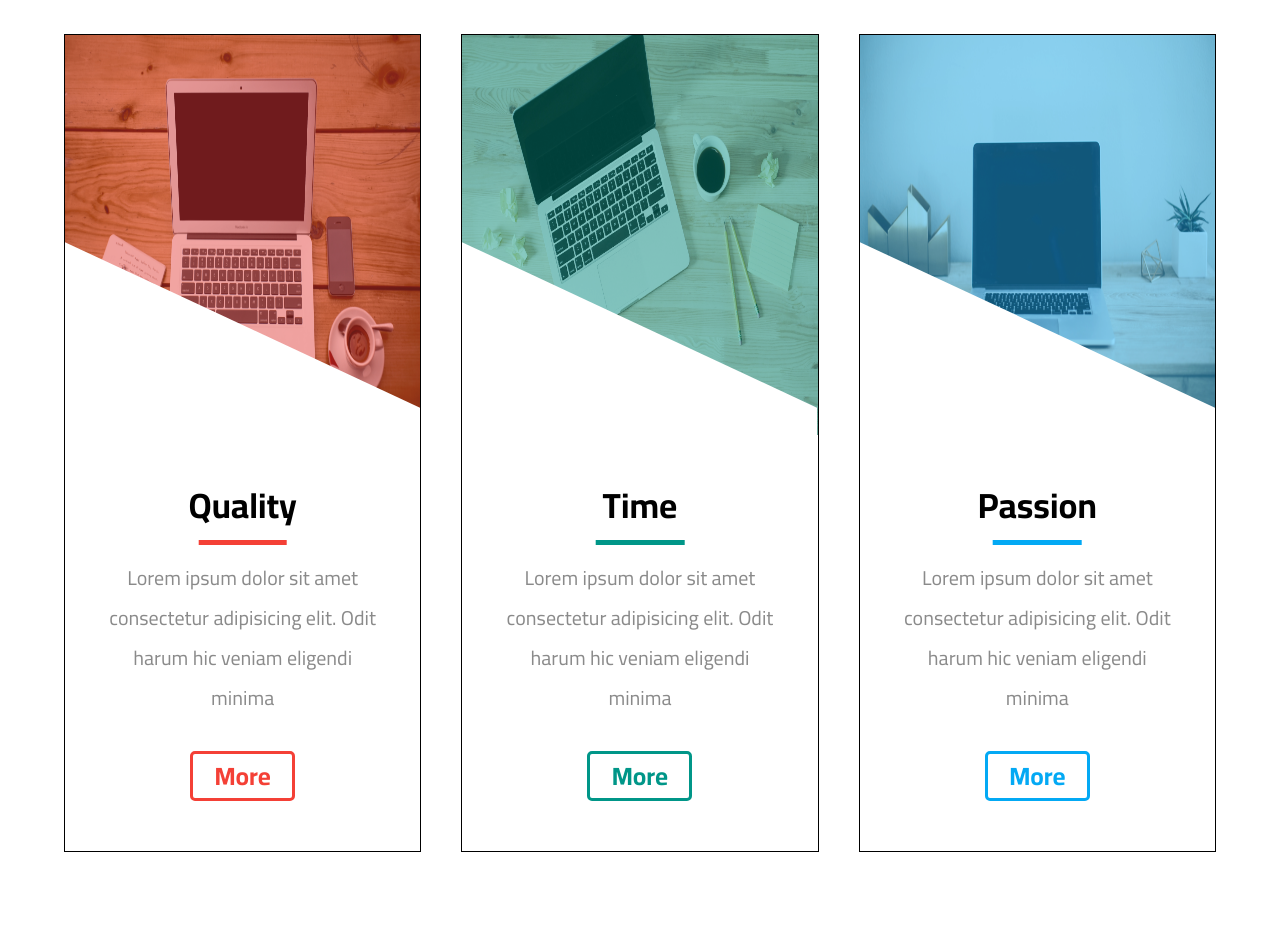
Repository: Toqa-25/elzeroAcdemey-Templete
Page: index.html
An editor plug-in stored every save of this project. The page is shown before and after the next save, followed by the edit.
The browser window is 1280 px wide. The pictures show the part of the page from y = 3254 to 4206 px (the page is 4206 px tall).
A picture or video elsewhere on the page could not be fetched, so the positions and the page height are approximate.

Above is the page before, as saved 2022-01-20 04:08:46.

### index.html
<!DOCTYPE html>
<html lang="en">
<head>
    <meta charset="UTF-8">
    <meta http-equiv="X-UA-Compatible" content="IE=edge">
    <meta name="viewport" content="width=device-width, initial-scale=1.0">
    <!-- normalize file -->
    <link rel="stylesheet" href="css/normalize.css">
    <!-- css files -->
    <link rel="stylesheet" href="css/style.css">
    <!-- fontAwosem file -->
    <link rel="stylesheet" href="css/all.min.css">
     <!-- font files -->
     <link rel="preconnect" href="https://fonts.googleapis.com">
    <link rel="preconnect" href="https://fonts.gstatic.com" crossorigin>
    <link href="https://fonts.googleapis.com/css2?family=Cairo:wght@200;400;700;800;900&display=swap" rel="stylesheet">
    <!-- page title -->
    <title>templete 3</title>
</head>
<body>
    <!-- header section -->
    <header id="" class="">
        <div class="container">
            <div class="header-content">
                <div class="header-content-logo">
                    <a href="index.html" class="logo link-none">Elzero</a>
                </div>
                <nav>
                     <ul class="nav-list unlist">
                        <li class="nav-list-item"> <a href="#articles" class="link-none  link-style" id="">articles</a></li>
                        <li class="nav-list-item"> <a href="#gallery" class="link-none  link-style" id="">gallery</a></li>
                        <li class="nav-list-item"> <a href="#features" class="link-none  link-style" id="">features</a></li>
                        <li class="nav-list-item" id="parent-other-links"> <a href="javascript:;" class="link-none  link-style " >other links</a>
                            <div class="other-links " id="child-other-links">
                            <div class="other-links-content">
                                <div class="other-links-content-img">
                                    <img src="images/header/Video files-amico.svg" alt="">
                                </div>
                                <ul class="other-links-list unlist">
                                    <div class="other-links-list-group-one">
                                    <li id="" class="other-links-list-item"><a href="" class="link-none  link-style "><i class="far fa-comments"></i> testimonials</a></li>
                                    <li id="" class="other-links-list-item"><a href="" class="link-none  link-style "><i class="far fa-user"></i> team member</a></li>
                                    <li id="" class="other-links-list-item"><a href="" class="link-none  link-style"><i class="far fa-building"></i> services</a></li>
                                    <li id="" class="other-links-list-item"><a href="" class="link-none  link-style"><i class="far fa-check-circle"></i> our skils</a></li>
                                    <li id="last-other-links-list-item" class="other-links-list-item last-other-links-list-item"><a href="" class="link-none  link-style"><i class="far fa-clipboard"></i> how it work</a></li>
                                    </div>
                                    <div class="other-links-list-group-one">
                                        <li id="" class="other-links-list-item"><a href="" class="link-none  link-style"><i class="far fa-calendar-alt"></i> events</a></li>
                                        <li id="" class="other-links-list-item"><a href="" class="link-none  link-style"><i class="fas fa-server"></i> pricing planes</a></li>
                                        <li id="" class="other-links-list-item"><a href="" class="link-none  link-style"><i class="far fa-play-circle"></i> top video</a></li>
                                        <li id="" class="other-links-list-item"><a href="" class="link-none  link-style"><i class="fas fa-chart-bar"></i> states</a></li>
                                        <li id="" class="other-links-list-item "><a href="" class="link-none  link-style"><i class="fas fa-percent"></i> request a discount</a></li>
                                    </div>
                                </ul>
                            </div>
                            </div>
                        </li>

                    </ul>
                </nav>
            </div>
        </div>
    </header>
    <!-- welcom section -->
    <section id="welcome" class="welcome marge">
        <div class="container">
            <div class="welcome-content">
                <div class="welcome-content-info">
                    <h1 class="welcome-content-info-head">welcome, to elzero world</h1>
                    <p class="welcome-content-info-text">Here Iam gonna share everything about my life. Books Iam reading, Games Iam Playing, Stories and Events</p>
                </div>
                <div class="welcome-content-img">
                    <img src="images/welcome/Website setup-amico.svg" alt="" srcset="" class="animate">
                </div>
            </div>
        </div>

    </section>
     <!-- arrow-up-down -->
    <div class="arrow ">
        <a href="#articles" class="link-none "><i class="fas fa-angle-double-down"></i></a>
    </div>
     <!-- article section -->
     <section class="container articles pad" id="articles">
         <div class="special-head">
             <h2>articles</h2>
            </div>
            <div class="article-content">
             <div class="article-content-item">
                <div class="article-content-item-img">
                    <img src="images/article/p_2.png" alt="" srcset="">
                </div>
                <div class="article-content-item-info">
                    <h3 class="article-content-item-info-head"> Test Title</h3>
                    <p class="article-content-item-info-text">Lorem ipsum dolor sit amet consectetur, adipisicing elit. Reprehenderit</p>
                </div>
                <div class="article-content-item-details">
                    <a href="#" class="article-content-item-details-link link-none">read more</a>
                    <a href="#" class="article-content-item-details-link link-none"><i class="fas fa-arrow-right"></i></a>
                </div>
         </div>
             <div class="article-content-item">
                <div class="article-content-item-img">
                    <img src="images/article/p_3.jpg" alt="" srcset="">
                </div>
                <div class="article-content-item-info">
                    <h3 class="article-content-item-info-head"> Test Title</h3>
                    <p class="article-content-item-info-text">Lorem ipsum dolor sit amet consectetur, adipisicing elit. Reprehenderit</p>
                </div>
                <div class="article-content-item-details">
                    <a href="#" class="article-content-item-details-link link-none">read more</a>
                    <a href="#" class="article-content-item-details-link link-none"><i class="fas fa-arrow-right"></i></a>
                </div>
         </div>
             <div class="article-content-item">
                <div class="article-content-item-img">
                    <img src="images/article/p_4.jpg" alt="" srcset="">
                </div>
                <div class="article-content-item-info">
                    <h3 class="article-content-item-info-head"> Test Title</h3>
                    <p class="article-content-item-info-text">Lorem ipsum dolor sit amet consectetur, adipisicing elit. Reprehenderit</p>
                </div>
                <div class="article-content-item-details">
                    <a href="#" class="article-content-item-details-link link-none">read more</a>
                    <a href="#" class="article-content-item-details-link link-none"><i class="fas fa-arrow-right"></i></a>
                </div>
         </div>
             <div class="article-content-item">
                <div class="article-content-item-img">
                    <img src="images/article/p_10.jpg" alt="" srcset="">
                </div>
                <div class="article-content-item-info">
                    <h3 class="article-content-item-info-head"> Test Title</h3>
                    <p class="article-content-item-info-text">Lorem ipsum dolor sit amet consectetur, adipisicing elit. Reprehenderit</p>
                </div>
                <div class="article-content-item-details">
                    <a href="#" class="article-content-item-details-link link-none">read more</a>
                    <a href="#" class="article-content-item-details-link link-none"><i class="fas fa-arrow-right"></i></a>
                </div>
         </div>
             <div class="article-content-item">
                <div class="article-content-item-img">
                    <img src="images/article/p_6.jpg" alt="" srcset="">
                </div>
                <div class="article-content-item-info">
                    <h3 class="article-content-item-info-head"> Test Title</h3>
                    <p class="article-content-item-info-text">Lorem ipsum dolor sit amet consectetur, adipisicing elit. Reprehenderit</p>
                </div>
                <div class="article-content-item-details">
                    <a href="#" class="article-content-item-details-link link-none">read more</a>
                    <a href="#" class="article-content-item-details-link link-none"><i class="fas fa-arrow-right"></i></a>
                </div>
         </div>
             <div class="article-content-item">
                <div class="article-content-item-img">
                    <img src="images/article/p_7.jpg" alt="" srcset="">
                </div>
                <div class="article-content-item-info">
                    <h3 class="article-content-item-info-head"> Test Title</h3>
                    <p class="article-content-item-info-text">Lorem ipsum dolor sit amet consectetur, adipisicing elit. Reprehenderit</p>
                </div>
                <div class="article-content-item-details">
                    <a href="#" class="article-content-item-details-link link-none">read more</a>
                    <a href="#" class="article-content-item-details-link link-none"><i class="fas fa-arrow-right"></i></a>
                </div>
         </div>
             <div class="article-content-item">
                <div class="article-content-item-img">
                    <img src="images/article/p_8 .jpg" alt="" srcset="">
                </div>
                <div class="article-content-item-info">
                    <h3 class="article-content-item-info-head"> Test Title</h3>
                    <p class="article-content-item-info-text">Lorem ipsum dolor sit amet consectetur, adipisicing elit. Reprehenderit</p>
                </div>
                <div class="article-content-item-details">
                    <a href="#" class="article-content-item-details-link link-none">read more</a>
                    <a href="#" class="article-content-item-details-link link-none"><i class="fas fa-arrow-right"></i></a>
                </div>
         </div>
             <div class="article-content-item">
                <div class="article-content-item-img">
                    <img src="images/article/p_9.jpg" alt="" srcset="">
                </div>
                <div class="article-content-item-info">
                    <h3 class="article-content-item-info-head"> Test Title</h3>
                    <p class="article-content-item-info-text">Lorem ipsum dolor sit amet consectetur, adipisicing elit. Reprehenderit</p>
                </div>
                <div class="article-content-item-details">
                    <a href="#" class="article-content-item-details-link link-none">read more</a>
                    <a href="#" class="article-content-item-details-link link-none"><i class="fas fa-arrow-right"></i></a>
                </div>
         </div>
         </div>
     </section>
     <!-- gallery section -->
     <section class="pad gallery contain" id="gallery">
         <div class="special-head">
             <h2>gallery</h2>
            </div>
          <div class="container gallery-content">
              <div class="gallery-content-item">
                  <img src="images/gallery/gallery-1.jpg" alt="" srcset="">
              </div>
              <div class="gallery-content-item">
                      <img src="images/gallery/CSS-2.png" alt="" srcset="">
              </div>
              <div class="gallery-content-item">
                  <img src="images/gallery/Bootstrap-3.jpg" alt="" srcset="">
              </div>
              <div class="gallery-content-item">
                  <img src="images/gallery/C++-4.jpg" alt="" srcset="">
                </div>
                <div class="gallery-content-item">
                    <img src="images/gallery/paython-5.png" alt="" srcset="">
                </div>
                <div class="gallery-content-item">
                  <img src="images/gallery/React-6.png" alt="" srcset="">
              </div>
          </div>
        </section>
    <!-- features section -->
    <section class="pad features" id="features">
          <div class="special-head">
             <h2>features</h2>
          </div>
          <div class="features-content container">
              <div class="features-content-item">
                  <div class="features-content-item-image">
                      <img src="images/features/feature-1 (1).jpg" alt="">
                  </div>
                  <div class="features-content-item-info">
                    <p class="features-content-item-info-head">quality</p>
                    <p class="features-content-item-info-text">Lorem ipsum dolor sit amet consectetur adipisicing elit. Odit harum hic veniam eligendi minima</p>
                    <!-- <button class="features-content-item-btn">more</button> -->
                    <button class="features-content-item-btn">more</button>
                  </div>
                  <div class="features-content-item-more">

                  </div>
              </div>
              <div class="features-content-item">
                  <div class="features-content-item-image">
                      <img src="images/features/feature-2.jpg" alt="">
                  </div>
                  <div class="features-content-item-info">
                    <p class="features-content-item-info-head">time</p>
                    <p class="features-content-item-info-text">Lorem ipsum dolor sit amet consectetur adipisicing elit. Odit harum hic veniam eligendi minima</p>
                    <button class="features-content-item-btn">more</button>
                  </div>
                  <!-- <div class="features-content-item-more"></div> -->
              </div>
              <div class="features-content-item">
                  <div class="features-content-item-image">
                      <img src="images/features/feature-3.jpg" alt="">
                  </div>
                  <div class="features-content-item-info">
                    <p class="features-content-item-info-head">passion</p>
                    <p class="features-content-item-info-text">Lorem ipsum dolor sit amet consectetur adipisicing elit. Odit harum hic veniam eligendi minima</p>
                    <button class="features-content-item-btn">more</button>
                  </div>
                  <!-- <div class="features-content-item-more"></div> -->
              </div>

          </div>

    </section>



       <script src="script.js">

       </script>
</body>
</html>

Loaded but not shown: css/normalize.css (library); css/all.min.css (library); script.js (5 lines, source omitted); css/style.css (798 lines, source omitted)

After the next save:
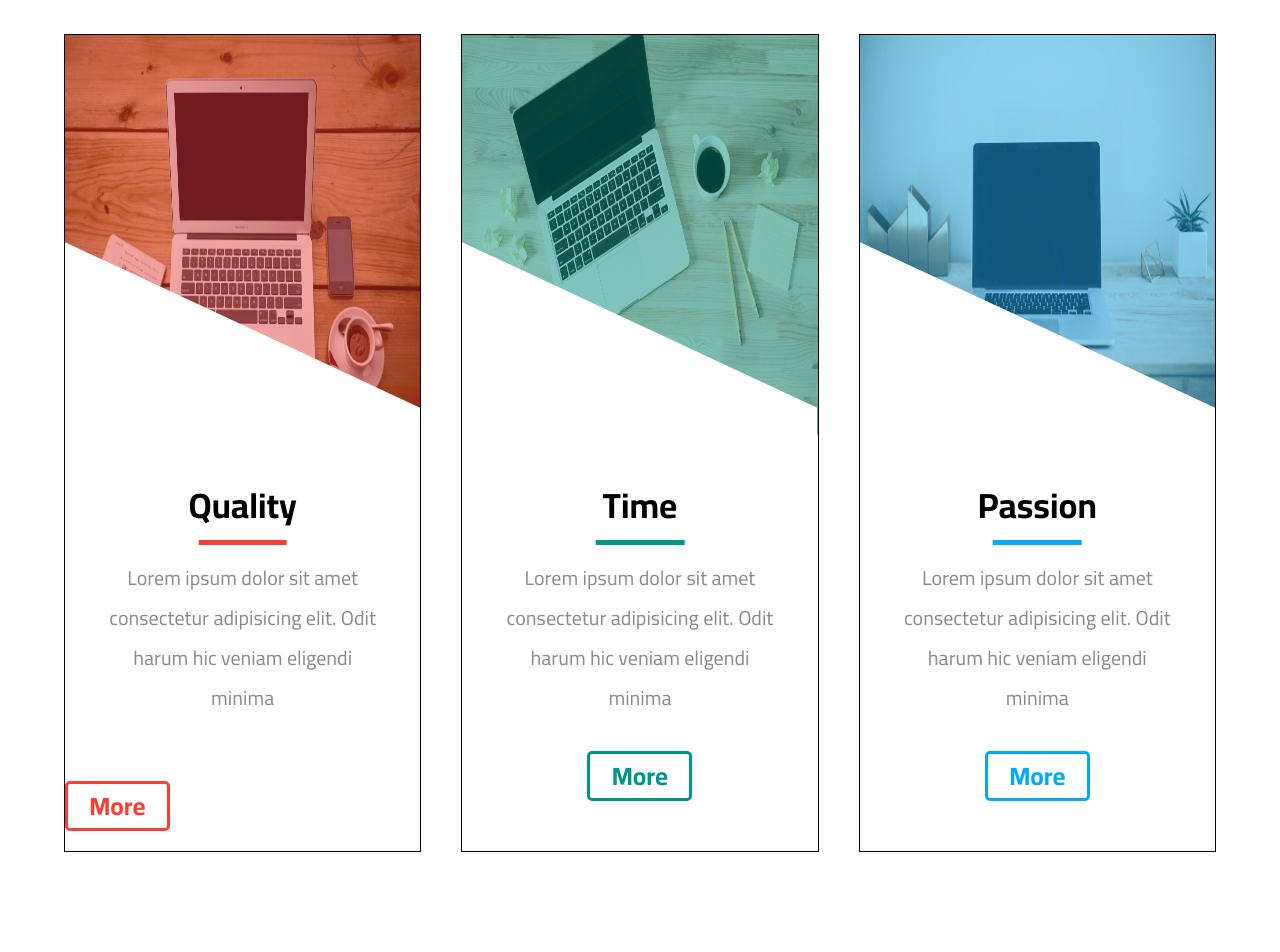
Saved 6 s later.
--- a/index.html
+++ b/index.html
@@ -232,9 +232,9 @@
                     <p class="features-content-item-info-head">quality</p>
                     <p class="features-content-item-info-text">Lorem ipsum dolor sit amet consectetur adipisicing elit. Odit harum hic veniam eligendi minima</p>
                     <!-- <button class="features-content-item-btn">more</button> -->
-                    <button class="features-content-item-btn">more</button>
-                  </div>
-                  <div class="features-content-item-more">
+                </div>
+                <div class="features-content-item-more">
+                      <button class="features-content-item-btn">more</button>
 
                   </div>
               </div>
